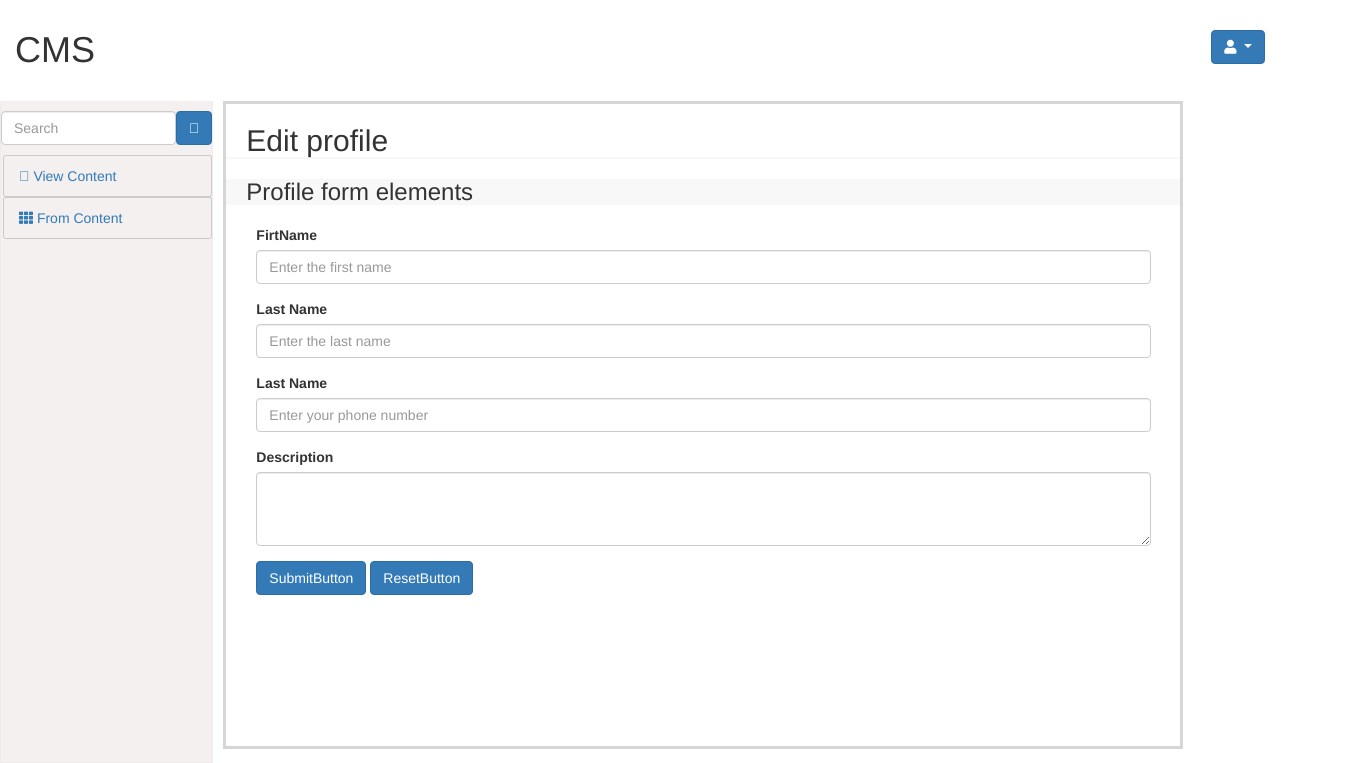
Repository: NgocNB20/travel
Page: NgocNb20_assigment8_9/edit.html
These files come from the project's save history. The page is drawn as it stood at one moment and after the next save; the edit follows.
The browser window is 1280 px wide. The page is 1366 px wide, so the pictures cover 1366 px, including what lies to the right of the window. The pictures show the whole page.
Some web libraries are served in a nearby version.

Above is the page before, as saved 2021-10-06 00:55:53.

After the next save:
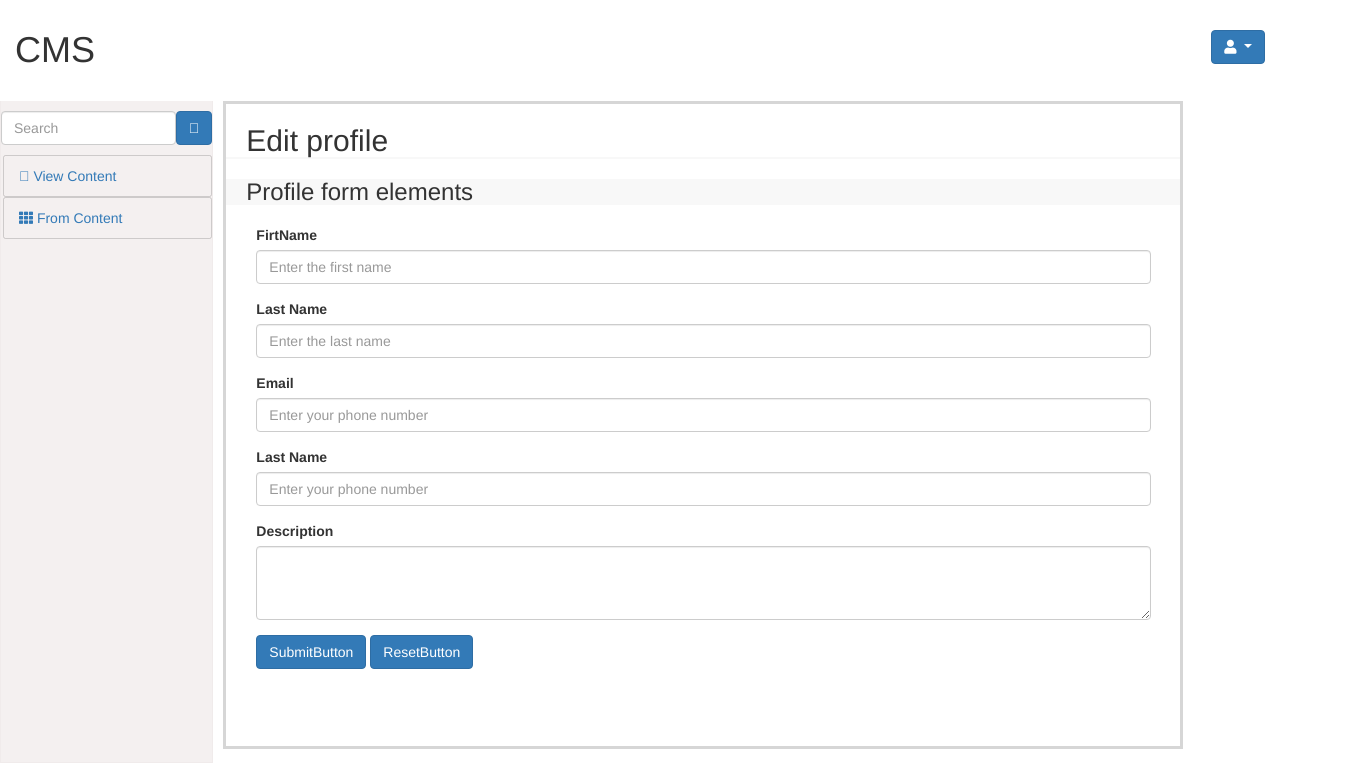
Saved 55 s later.
--- a/NgocNb20_assigment8_9/edit.html
+++ b/NgocNb20_assigment8_9/edit.html
@@ -87,6 +87,11 @@
                       placeholder="Enter the last name">
                   </div>
                   <div class="form-group ">
+                    <label for="exampleFormControlInput1" class="form-desc">Email</label>
+                    <input type="text" class="form-control" id="exampleFormControlInput1"
+                      placeholder="Enter your phone number">
+                  </div>
+                  <div class="form-group ">
                     <label for="exampleFormControlInput1" class="form-desc">Last Name</label>
                     <input type="text" class="form-control" id="exampleFormControlInput1"
                       placeholder="Enter your phone number">
